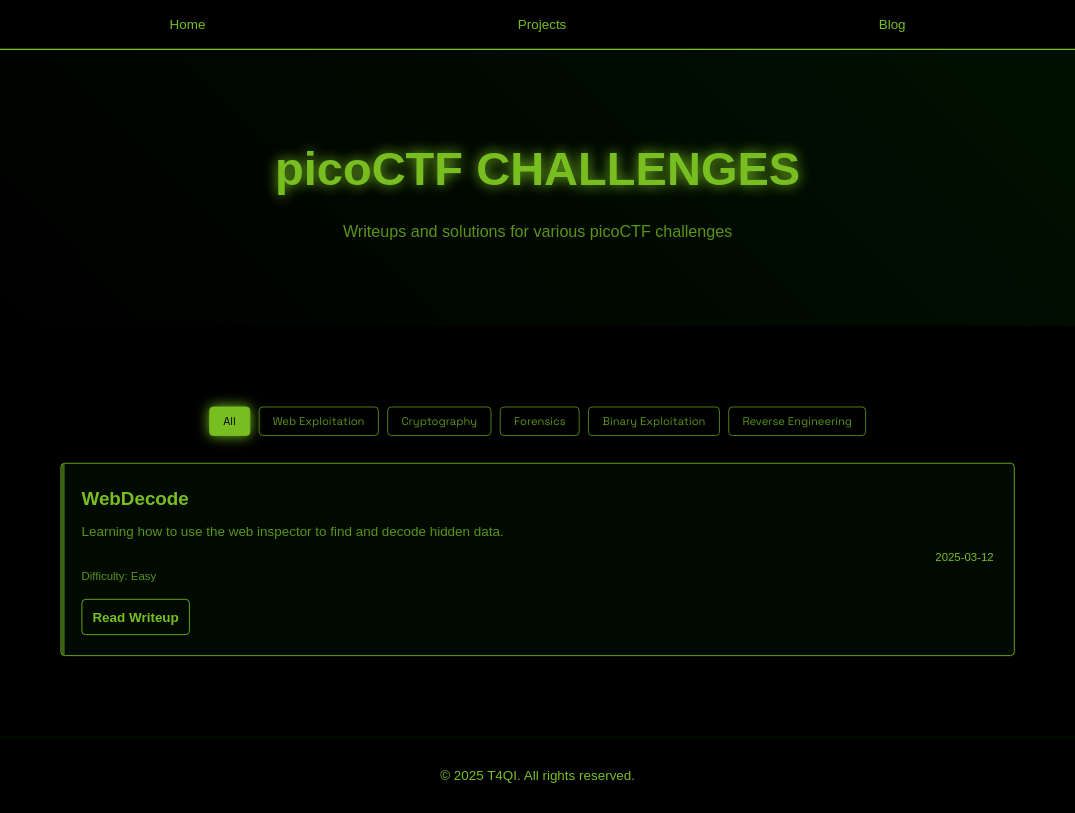
Repository: mohamedsoliman-tq/Website
Page: blogs/picoCTF/picoCTF.html
An editor plug-in stored every save of this project. The page is shown before and after a run of saves, followed by the edit.
The browser window is 1280 px wide. The pictures show the whole page, at 84% of full size.

Above is the page before, as saved 2025-03-13 00:04:44.

### blogs/picoCTF/picoCTF.html
<!DOCTYPE html>
<html lang="en">
<head>
    <meta charset="UTF-8">
    <meta name="viewport" content="width=device-width, initial-scale=1.0">
    <title>picoCTF Blogs | T4QI</title>
    <link href="https://fonts.googleapis.com/css2?family=Space+Grotesk:wght@300;400;700&display=swap" rel="stylesheet">
    <link rel="icon" type="image/x-icon" href="/assets/favicon.ico">
    <link rel="apple-touch-icon" sizes="180x180" href="/assets/ficon.png">
    <link rel="stylesheet" href="/css/base.css">
    <link rel="stylesheet" href="/css/navigation.css">
    <link rel="stylesheet" href="/css/hero.css">
    <link rel="stylesheet" href="/css/sections.css">
    <link rel="stylesheet" href="/css/utilities.css">
    <link rel="stylesheet" href="/css/platforms.css">
</head>
<body>
    <nav>
        <ul>
            <li><a href="/">Home</a></li>
            <li><a href="/Projects.html">Projects</a></li>
            <li><a href="/Blogs.html">Blog</a></li>
        </ul>
    </nav>

    <div class="hero">
        <div class="container">
            <h1>picoCTF CHALLENGES</h1>
            <p>Writeups and solutions for various picoCTF challenges</p>
        </div>
    </div>

    <section class="section">
        <div class="container">
            <div class="category-tabs">
                <button class="category-tab active" data-category="all">All</button>
                <button class="category-tab" data-category="web">Web Exploitation</button>
                <button class="category-tab" data-category="crypto">Cryptography</button>
                <button class="category-tab" data-category="forensics">Forensics</button>
                <button class="category-tab" data-category="binary">Binary Exploitation</button>
                <button class="category-tab" data-category="reverse">Reverse Engineering</button>
            </div>

            <div class="blog-posts">
                <!-- Web Exploitation Challenges -->
                <div class="blog-card" data-category="web">
                    <h3>WebDecode</h3>
                    <p>Learning how to use the web inspector to find and decode hidden data.</p>
                    <span class="blog-date">2025-03-12</span>
                    <span class="blog-difficulty">Difficulty: Easy</span>
                    <a href="/blogs/picoCTF/WebDecode.html" class="read-more">Read Writeup</a>
                </div>

                <!-- Cryptography Challenges -->


                <!-- Forensics Challenges -->


                <!-- Binary Exploitation Challenges -->


                <!-- Reverse Engineering Challenges -->

            </div>
        </div>
    </section>

    <footer>
        <p>© 2025 T4QI. All rights reserved.</p>
    </footer>

    <script>
        // Simple category filter functionality
        document.addEventListener('DOMContentLoaded', function() {
            const categoryTabs = document.querySelectorAll('.category-tab');
            const blogCards = document.querySelectorAll('.blog-card');

            categoryTabs.forEach(tab => {
                tab.addEventListener('click', function() {
                    // Remove active class from all tabs
                    categoryTabs.forEach(t => t.classList.remove('active'));

                    // Add active class to clicked tab
                    this.classList.add('active');

                    // Get selected category
                    const category = this.getAttribute('data-category');

                    // Filter blog cards
                    blogCards.forEach(card => {
                        if (category === 'all' || card.getAttribute('data-category') === category) {
                            card.style.display = 'block';
                        } else {
                            card.style.display = 'none';
                        }
                    });
                });
            });
        });
    </script>
</body>
</html>

### css/base.css
@import url('https://fonts.googleapis.com/css2?family=Space+Grotesk:wght@300;400;700&display=swap');

:root {
    --primary-black: #000000;
    --green-accent: #78BE20;
    --dark-green: #5a9419;
}

* {
    margin: 0;
    padding: 0;
    box-sizing: border-box;
    font-family: 'Space+Grotesk', sans-serif;
}

body {
    background-color: var(--primary-black);
    color: var(--green-accent);
    line-height: 1.6;
}

.container {
    max-width: 1200px;
    margin: 0 auto;
    padding: 2rem;
}

.section {
    padding: 4rem 0;
    border-bottom: 1px solid #001a00;
}

### css/navigation.css
nav {
    background: rgba(0, 0, 0, 0.95);
    padding: 1rem;
    position: sticky;
    top: 0;
    border-bottom: 2px solid var(--green-accent);
    z-index: 100;
}

nav ul {
    display: flex;
    justify-content: space-around;
    list-style: none;
}

nav a {
    color: var(--green-accent);
    text-decoration: none;
    padding: 0.5rem 1rem;
    transition: all 0.3s;
}

nav a:hover {
    color: var(--dark-green);
    text-shadow: 0 0 10px var(--green-accent);
}

@media (max-width: 768px) {
    nav ul {
        flex-direction: column;
        align-items: center;
    }

    nav li {
        margin: 0.5rem 0;
    }
}

### css/hero.css
.hero {
    text-align: center;
    padding: 4rem 0;
    background: linear-gradient(45deg, var(--primary-black), #001100);
}

.hero h1 {
    font-size: 3.5rem;
    margin-bottom: 1rem;
    color: var(--green-accent);
    text-shadow: 0 0 15px var(--green-accent);
}

.hero p {
    color: var(--dark-green);
    font-size: 1.2rem;
}

@media (max-width: 768px) {
    .hero h1 {
        font-size: 2.5rem;
    }
}

### css/sections.css
.skills-grid {
    display: grid;
    grid-template-columns: repeat(auto-fit, minmax(250px, 1fr));
    gap: 2rem;
    margin-top: 2rem;
}

.skill-card, .project-card, .blog-card {
    background: #000a00;
    padding: 1.5rem;
    border-radius: 5px;
    border: 1px solid var(--green-accent);
    transition: transform 0.3s ease;
}

.skill-card:hover, .project-card:hover, .blog-card:hover {
    transform: scale(1.05);
    box-shadow: 0 0 15px var(--green-accent);
}

.projects, .blog-posts {
    display: grid;
    grid-template-columns: repeat(auto-fit, minmax(250px, 1fr));
    gap: 2rem;
    margin-top: 2rem;
}

.project-card h3, .blog-card h3 {
    color: var(--green-accent);
    margin-bottom: 0.75rem;
}

.project-card p, .blog-card p {
    color: var(--dark-green);
    margin-bottom: 0.5rem;
}

.blog-date {
    color: var(--green-accent);
    font-size: 0.85rem;
    display: block;
    text-align: right;
}

.contact-grid {
    display: grid;
    grid-template-columns: 1fr 1fr;
    gap: 2rem;
    align-items: center;
}

.social-links {
    background: #000a00;
    padding: 1.5rem;
    border: 1px solid var(--green-accent);
    border-radius: 8px;
}

.social-links h3 {
    color: var(--green-accent);
    margin-bottom: 1rem;
    text-align: center;
}

.social-icons {
    display: flex;
    flex-direction: column;
    gap: 1rem;
}

.social-icon {
    color: var(--green-accent);
    text-decoration: none;
    padding: 0.5rem 1rem;
    border: 1px solid var(--green-accent);
    text-align: center;
    transition: all 0.3s ease;
}

.social-icon:hover {
    background-color: var(--green-accent);
    color: var(--primary-black);
    box-shadow: 0 0 15px var(--green-accent);
}

.read-more {
    display: inline-block;
    margin-top: 10px;
    padding: 8px 12px;
    font-size: 1rem;
    font-weight: bold;
    color: var(--green-accent);
    text-decoration: none;
    border: 1px solid var(--green-accent);
    border-radius: 5px;
    transition: all 0.3s ease;
}

.read-more:hover {
    background-color: var(--green-accent);
    color: var(--primary-black);
    box-shadow: 0 0 10px var(--green-accent);
}


@media (max-width: 768px) {
    .projects, .blog-posts, .contact-grid {
        grid-template-columns: 1fr;
    }
}

/* Add this to your sections.css file */

/* Category tabs for filtering */
.category-tabs {
    display: flex;
    flex-wrap: wrap;
    gap: 10px;
    margin-bottom: 2rem;
    justify-content: center;
}

.category-tab {
    background: transparent;
    color: var(--dark-green);
    border: 1px solid var(--dark-green);
    border-radius: 5px;
    padding: 8px 16px;
    cursor: pointer;
    transition: all 0.3s ease;
    font-family: 'Space Grotesk', sans-serif;
}

.category-tab:hover {
    border-color: var(--green-accent);
    color: var(--green-accent);
    box-shadow: 0 0 10px rgba(120, 190, 32, 0.2);
}

.category-tab.active {
    background-color: var(--green-accent);
    color: var(--primary-black);
    border-color: var(--green-accent);
    box-shadow: 0 0 15px var(--green-accent);
}

/* Blog card enhancements */
.blog-card {
    display: flex;
    flex-direction: column;
    height: 100%;
    position: relative;
    overflow: hidden;
}

.blog-card::before {
    content: '';
    position: absolute;
    top: 0;
    left: 0;
    width: 4px;
    height: 100%;
    background: var(--green-accent);
    opacity: 0.5;
}

.blog-card h3 {
    font-size: 1.4rem;
    margin-bottom: 0.5rem;
}

.blog-difficulty {
    color: var(--dark-green);
    font-size: 0.85rem;
    display: block;
    margin-bottom: 1rem;
}

.blog-card .read-more {
    margin-top: auto;
    align-self: flex-start;
}

/* Responsive adjustments */
@media (max-width: 768px) {
    .category-tabs {
        flex-direction: column;
        align-items: center;
    }

    .category-tab {
        width: 100%;
        text-align: center;
    }
}

### css/utilities.css
footer {
    text-align: center;
    padding: 2rem;
    color: var(--green-accent);
}

.hidden {
    display: none;
}

.visible {
    display: block;
}

### css/platforms.css
/* Platform grid layout */
.platform-grid {
    display: grid;
    grid-template-columns: repeat(auto-fit, minmax(250px, 1fr));
    gap: 2rem;
    margin-top: 2rem;
}

/* Platform card styling */
.platform-card {
    background: #000a00;
    padding: 1.5rem;
    border-radius: 5px;
    border: 1px solid var(--green-accent);
    transition: all 0.3s ease;
    position: relative;
    overflow: hidden;
    cursor: pointer;
    text-align: center;
}

.platform-card h3 {
    color: var(--green-accent);
    margin-bottom: 0.75rem;
    position: relative;
    z-index: 2;
}

.platform-card p {
    color: var(--dark-green);
    margin-bottom: 0.5rem;
    position: relative;
    z-index: 2;
}

/* Glow effect */
.platform-glow {
    position: absolute;
    bottom: -50px;
    left: 0;
    width: 100%;
    height: 50px;
    background: var(--green-accent);
    filter: blur(20px);
    opacity: 0.2;
    transition: all 0.3s ease;
}

/* Hover effects */
.platform-card:hover {
    transform: translateY(-5px);
    box-shadow: 0 0 15px var(--green-accent);
}

.platform-card:hover .platform-glow {
    opacity: 0.5;
    bottom: -30px;
}

/* Responsive adjustments */
@media (max-width: 768px) {
    .platform-grid {
        grid-template-columns: 1fr;
    }
}

After the next 5 saves:
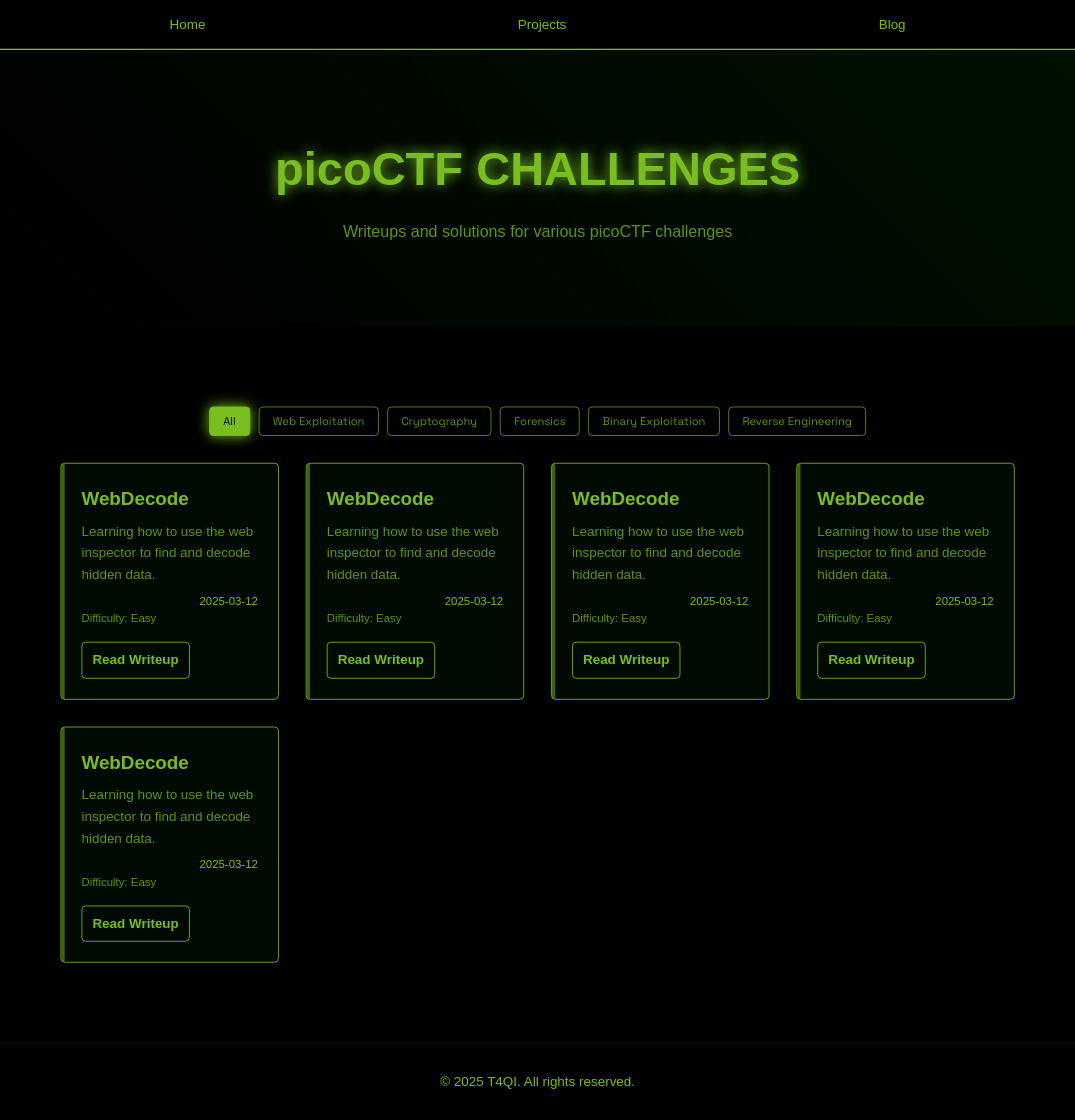
The 5 saves are shown as one change because they came seconds apart.
The last was saved 34 s later.
--- a/blogs/picoCTF/picoCTF.html
+++ b/blogs/picoCTF/picoCTF.html
@@ -43,6 +43,38 @@
 
             <div class="blog-posts">
                 <!-- Web Exploitation Challenges -->
+                <div class="blog-card" data-category="web">
+                    <h3>WebDecode</h3>
+                    <p>Learning how to use the web inspector to find and decode hidden data.</p>
+                    <span class="blog-date">2025-03-12</span>
+                    <span class="blog-difficulty">Difficulty: Easy</span>
+                    <a href="/blogs/picoCTF/WebDecode.html" class="read-more">Read Writeup</a>
+                </div>
+
+                <div class="blog-card" data-category="web">
+                    <h3>WebDecode</h3>
+                    <p>Learning how to use the web inspector to find and decode hidden data.</p>
+                    <span class="blog-date">2025-03-12</span>
+                    <span class="blog-difficulty">Difficulty: Easy</span>
+                    <a href="/blogs/picoCTF/WebDecode.html" class="read-more">Read Writeup</a>
+                </div>
+
+                <div class="blog-card" data-category="web">
+                    <h3>WebDecode</h3>
+                    <p>Learning how to use the web inspector to find and decode hidden data.</p>
+                    <span class="blog-date">2025-03-12</span>
+                    <span class="blog-difficulty">Difficulty: Easy</span>
+                    <a href="/blogs/picoCTF/WebDecode.html" class="read-more">Read Writeup</a>
+                </div>
+
+                <div class="blog-card" data-category="web">
+                    <h3>WebDecode</h3>
+                    <p>Learning how to use the web inspector to find and decode hidden data.</p>
+                    <span class="blog-date">2025-03-12</span>
+                    <span class="blog-difficulty">Difficulty: Easy</span>
+                    <a href="/blogs/picoCTF/WebDecode.html" class="read-more">Read Writeup</a>
+                </div>
+
                 <div class="blog-card" data-category="web">
                     <h3>WebDecode</h3>
                     <p>Learning how to use the web inspector to find and decode hidden data.</p>
